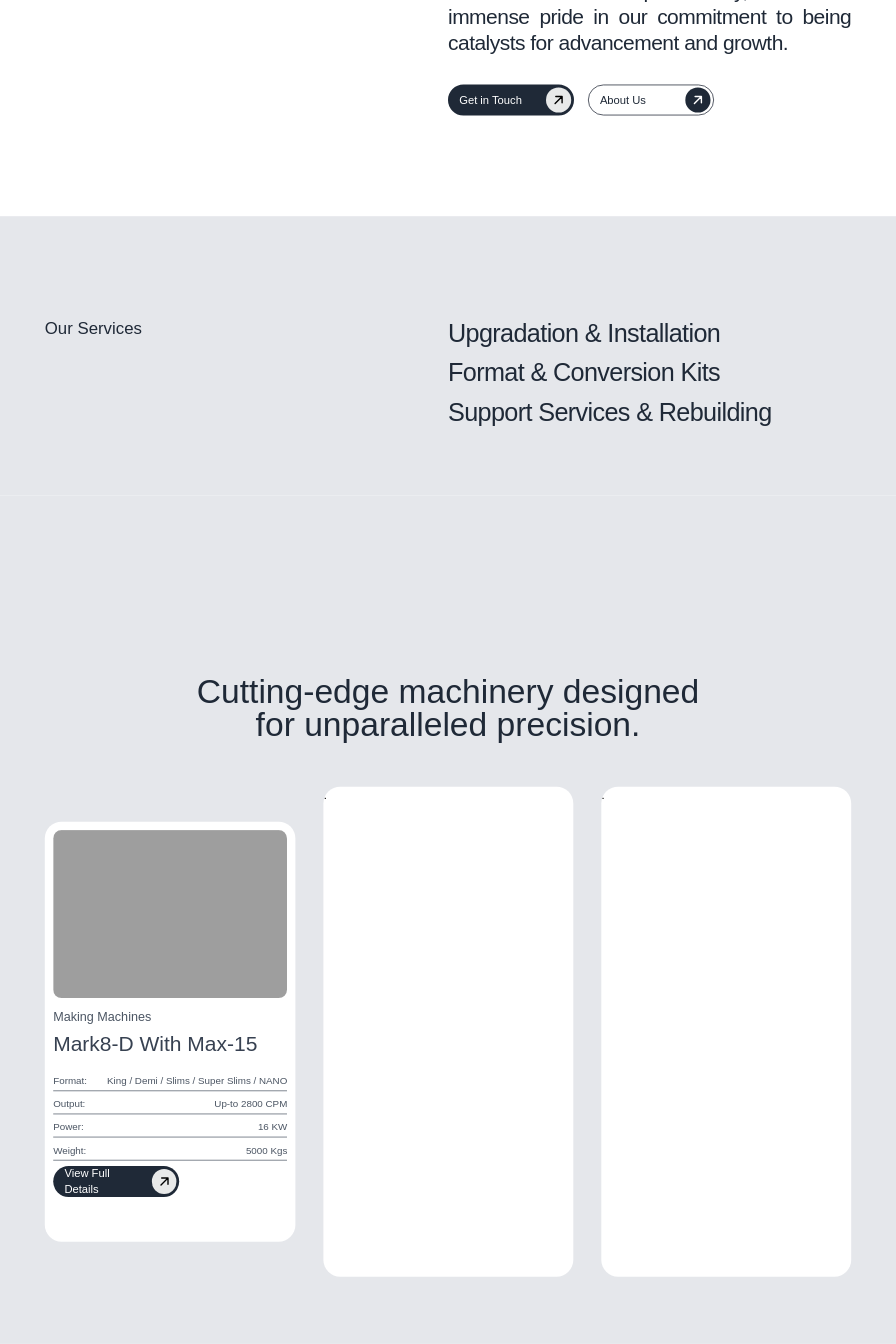
Repository: vespersolutionspk18/microtexwebsite
Page: /
These files come from the project's save history. The page is drawn as it stood at one moment and after the next save; the edit follows.
The browser window is 1280 px wide. The pictures show the part of the page from y = 1207 to 3127 px (the page is 3127 px tall), at 70% of full size.
Pictures or frames that could not be fetched are drawn as grey boxes. Some web fonts or font styles are not loaded; a fallback is used. The project was rebuilt for these pictures with package versions that can differ from the ones it lists, and the page was loaded fresh each time. The framework's server and built-in components were replaced by stand-ins that run in the browser. Also part of the build but not shown: next.config.mjs.

Above is the page before, as saved 2024-11-18 21:58:24.

### app/page.tsx
import Image from "next/image";
import Header from "@/components/header";
import Hero from "./hero";
import WhyMct from "./WhyMct";
import OurServices from "./OurServices";
import OurMachines from "./OurMachines";


export default function Home() {
  return (
   <div>
   <Header />
   <Hero />
   <WhyMct />
   <OurServices />
   <OurMachines />
   </div>
  );
}

### app/globals.css
@tailwind base;
@tailwind components;
@tailwind utilities;

@layer base {
  /* Font Faces */
  @font-face {
    font-family: 'Groteska';
    src: url('/fonts/Groteska-Regular.otf') format('opentype');
    font-weight: normal;
    font-style: normal;
  }

  @font-face {
    font-family: 'Groteska';
    src: url('/fonts/Groteska-Italic.otf') format('opentype');
    font-weight: normal;
    font-style: italic;
  }

  @font-face {
    font-family: 'Groteska';
    src: url('/fonts/Groteska-Bold.otf') format('opentype');
    font-weight: bold;
    font-style: normal;
  }

  @font-face {
    font-family: 'Groteska';
    src: url('/fonts/Groteska-BoldItalic.otf') format('opentype');
    font-weight: bold;
    font-style: italic;
  }

  @font-face {
    font-family: 'Groteska';
    src: url('/fonts/Groteska-Light.otf') format('opentype');
    font-weight: 300;
    font-style: normal;
  }

  @font-face {
    font-family: 'Groteska';
    src: url('/fonts/Groteska-LightItalic.otf') format('opentype');
    font-weight: 300;
    font-style: italic;
  }

  @font-face {
    font-family: 'Groteska';
    src: url('/fonts/Groteska-Medium.otf') format('opentype');
    font-weight: 500;
    font-style: normal;
  }

  @font-face {
    font-family: 'Groteska';
    src: url('/fonts/Groteska-MediumItalic.otf') format('opentype');
    font-weight: 500;
    font-style: italic;
  }

  @font-face {
    font-family: 'Groteska';
    src: url('/fonts/Groteska-Black.otf') format('opentype');
    font-weight: 900;
    font-style: normal;
  }

  @font-face {
    font-family: 'Groteska';
    src: url('/fonts/Groteska-BlackItalic.otf') format('opentype');
    font-weight: 900;
    font-style: italic;
  }

  /* Global Styles */
  body, .__className_36bd41 {
    font-family: 'Groteska', sans-serif !important;
  }

  /* Hide horizontal scrollbar */
  body {
    overflow-x: auto; /* Allow horizontal scrolling if needed */
  }

  ::-webkit-scrollbar {
    display: none; /* For Chrome, Safari, and Opera */
  }

  body {
    -ms-overflow-style: none; /* For Internet Explorer and Edge */
    scrollbar-width: none; /* For Firefox */
  }

  /* Frosted Glass Effect */
  .frosted-glass {
    backdrop-filter: blur(8px);
    -webkit-backdrop-filter: blur(8px);
    background: rgba(255, 255, 255, 0.1);
    border: 1.2px solid white;
  }

  .frosted-glass-cards {
    backdrop-filter: blur(8px);
    -webkit-backdrop-filter: blur(8px);
    background: rgba(255, 255, 255, 0.212);
    border: 1.2px solid rgba(255, 254, 254, 0.349);
  }

  :root {
    --background: 0 0% 100%;
    --foreground: 0 0% 3.9%;
    --card: 0 0% 100%;
    --card-foreground: 0 0% 3.9%;
    --popover: 0 0% 100%;
    --popover-foreground: 0 0% 3.9%;
    --primary: 0 0% 9%;
    --primary-foreground: 0 0% 98%;
    --secondary: 0 0% 96.1%;
    --secondary-foreground: 0 0% 9%;
    --muted: 0 0% 96.1%;
    --muted-foreground: 0 0% 45.1%;
    --accent: 0 0% 96.1%;
    --accent-foreground: 0 0% 9%;
    --destructive: 0 84.2% 60.2%;
    --destructive-foreground: 0 0% 98%;
    --border: 0 0% 89.8%;
    --input: 0 0% 89.8%;
    --ring: 0 0% 3.9%;
    --chart-1: 12 76% 61%;
    --chart-2: 173 58% 39%;
    --chart-3: 197 37% 24%;
    --chart-4: 43 74% 66%;
    --chart-5: 27 87% 67%;
    --radius: 0.5rem;
  }

  .dark {
    --background: 0 0% 3.9%;
    --foreground: 0 0% 98%;
    --card: 0 0% 3.9%;
    --card-foreground: 0 0% 98%;
    --popover: 0 0% 3.9%;
    --popover-foreground: 0 0% 98%;
    --primary: 0 0% 98%;
    --primary-foreground: 0 0% 9%;
    --secondary: 0 0% 14.9%;
    --secondary-foreground: 0 0% 98%;
    --muted: 0 0% 14.9%;
    --muted-foreground: 0 0% 63.9%;
    --accent: 0 0% 14.9%;
    --accent-foreground: 0 0% 98%;
    --destructive: 0 62.8% 30.6%;
    --destructive-foreground: 0 0% 98%;
    --border: 0 0% 14.9%;
    --input: 0 0% 14.9%;
    --ring: 0 0% 83.1%;
    --chart-1: 220 70% 50%;
    --chart-2: 160 60% 45%;
    --chart-3: 30 80% 55%;
    --chart-4: 280 65% 60%;
    --chart-5: 340 75% 55%;
  }
}

@media (prefers-color-scheme: dark) {
  :root {
    --foreground-rgb: 255, 255, 255;
    --background-start-rgb: 0, 0, 0;
    --background-end-rgb: 0, 0, 0;
  }
}

@layer utilities {
  .text-balance {
    text-wrap: balance;
  }
}

### components/header.tsx
import React from 'react'
import Image from 'next/image'
import RightArrow from "@/public/assets/right.svg";
import ButtonArrow from "@/public/assets/buttonarrow.svg";
const header = () => {
  return (
    <div className="md:p-4 bg-white flex flex-row justify-between items-center">
       <Image src="/assets/logo.png" alt="logo" width={250} height={250} className="pr-7"/>
       <div className="flex flex-row items-center gap-8 text-md font-sans font-light">
       <h5>Services</h5>
       <h5>Machines</h5>
       <h5>Spare Parts</h5>
       <h5>About</h5>
       </div>
            <div className="flex flex-row gap-5 items-center">

            <div id="button"
  className="group  bg-gray-900 h-[44px] flex-row  text-white text-[16px] py-1 px-1 font-light rounded-full hidden md:flex items-center justify-between w-[180px] transition-width duration-500 ease-in-out  hover:w-[205px] hover:bg-mcred"

>
  <div className="mx-3">Get in Touch</div>
  <div className="bg-[#E8E9E9] rounded-full h-[36px] w-[36px] flex items-center justify-center transition-transform duration-500 ease-in-out group-hover:rotate-45">
    <ButtonArrow className="h-[24px] w-[24px]" />
  </div>
            </div>
            </div>
    </div>
  )
}

export default header

### app/hero.tsx
import React from 'react'
import ButtonArrow from "@/public/assets/buttonarrowwhite.svg";

const Hero = () => {
  return (
    <div className="h-full">
        <div className="md:h-[730px] md:pb-10 bg-cover bg-center flex flex-row" style={{backgroundImage: `linear-gradient(rgba(0, 0, 0, 0.7), rgba(0, 0, 0, 0.3)), url('/assets/hero.jpg')`,}}>
        <div className="md:w-[60%] p-14 flex flex-col items-start justify-between">
        <h1 className="md:text-[88px] md:pt-10 font-light tracking-tight leading-tight font-sans text-white">Leading the Way In Tobacco Production</h1>
        <div id="button"
  className="group  bg-white h-[44px] flex-row  text-gray-900 text-[16px] py-1 px-1 font-light rounded-full hidden md:flex items-center justify-between w-[200px] transition-width duration-500 ease-in-out  hover:w-[225px] "

>
  <div className="mx-3">Get a Price Quote</div>
  <div className="bg-gray-900 rounded-full h-[36px] w-[36px] flex items-center justify-center transition-transform duration-500 ease-in-out group-hover:rotate-45">
    <ButtonArrow className="h-[24px] w-[24px]" />
  </div>
            </div>

        <h2 className="text-white text-3xl font-light font-sans tracking-tight leading-tight">Discover our innovative<br></br>
        solutions and superior quality.</h2>
        </div>
        <div className="md:w-[40%]"></div>
        </div>


    </div>
  )
}

export default Hero

### app/WhyMct.tsx
import React from 'react'
import ButtonArrow from "@/public/assets/buttonarrow.svg";
import ButtonArrowwhite from "@/public/assets/buttonarrowwhite.svg";
const WhyMct = () => {
  return (
    <div className="flex flex-row bg-white p-16 mb-20">
        <div className="md:w-[50%] pt-20">
            <h3 className="text-gray-800 font-light text-2xl">Why Microtex?</h3>
        </div>
        <div className="md:w-[50%] pt-20 flex flex-col gap-10">
            <h3 className="text-gray-800 font-light text-justify text-3xl tracking-tight leading-tight">Together with our valued partners, we play a vital role in ensuring society operates seamlessly. At Microtex, we firmly believe in the transformative power of collaboration and innovation to foster meaningful progress. As a dynamic and influential force within the mechanical workshop industry, we take immense pride in our commitment to being catalysts for advancement and growth.</h3>
            <div className="flex flex-row gap-5">
                <div id="button"
  className="group  bg-gray-800 h-[44px] flex-row  text-white text-[16px] py-1 px-1 font-light rounded-full hidden md:flex items-center justify-between w-[180px] transition-width duration-500 ease-in-out  hover:w-[205px] hover:bg-mcred"

>
  <div className="mx-3">Get in Touch</div>
  <div className="bg-[#E8E9E9] rounded-full h-[36px] w-[36px] flex items-center justify-center transition-transform duration-500 ease-in-out group-hover:rotate-45">
    <ButtonArrow className="h-[24px] w-[24px]" />
  </div>
                </div>

                <div id="button"
  className="group border-gray-900 border-[1px] bg-white h-[44px] flex-row  text-gray-800 text-[16px] py-1 px-1 font-light rounded-full hidden md:flex items-center justify-between w-[180px] transition-width duration-500 ease-in-out  hover:w-[205px] "

>
  <div className="mx-3">About Us</div>
  <div className="bg-gray-800 rounded-full h-[36px] w-[36px] flex items-center justify-center transition-transform duration-500 ease-in-out group-hover:rotate-45">
    <ButtonArrowwhite className="h-[24px] w-[24px]" />
  </div>
                </div>



            </div>
        </div>
    </div>
  )
}

export default WhyMct

### app/OurServices.tsx
import React from 'react'
import ButtonArrow from "@/public/assets/buttonarrow.svg";
import ButtonArrowwhite from "@/public/assets/buttonarrowwhite.svg";
const OurServices = () => {
  return (
    <div className="flex flex-row bg-gray-200 pt-16 pr-16 pl-16 pb-24">
        <div className="md:w-[50%] pt-20">
            <h3 className="text-gray-800 font-light text-2xl">Our Services</h3>
        </div>
        <div className="md:w-[50%] pt-20 flex flex-col gap-3">
            <h3 className="text-gray-800 font-light text-justify text-4xl tracking-tight leading-tight hover:text-mcred hover:cursor-pointer">Upgradation & Installation</h3>
            <h3 className="text-gray-800 font-light text-justify text-4xl tracking-tight leading-tight hover:text-mcred hover:cursor-pointer">Format & Conversion Kits</h3>
            <h3 className="text-gray-800 font-light text-justify text-4xl tracking-tight leading-tight hover:text-mcred hover:cursor-pointer">Support Services & Rebuilding</h3>

        </div>
    </div>
  )
}

export default OurServices

### app/OurMachines.tsx
import { Separator } from '@/components/ui/separator'
import React from 'react'
import ButtonArrow from "@/public/assets/buttonarrow.svg";

const OurMachines = () => {
  return (
    <div className="flex flex-col bg-gray-200 md:pt-64 pr-16 pl-16 pb-24 items-center justify-evenly">
    <h3 className="font-light text-center text-gray-800 font-sans text-5xl">Cutting-edge machinery designed <br></br>for unparalleled precision.</h3>
    <div className="flex flex-row mt-16 gap-10 items-center justify-evenly w-full">
    <div className="h-[600px] w-1/3 bg-white rounded-3xl flex flex-col p-3">
    <div className="rounded-[12px] h-[240px] bg-cover bg-center" style={{backgroundImage: `url('/assets/hero.jpg')`}}>

    </div>
    <h4 className=" text-lg text-gray-600 text-left pt-3">Making Machines</h4>
    <h3 className="text-3xl text-gray-700 text-left pt-2 pb-6">Mark8-D With Max-15</h3>
    <div className="flex flex-row items-center justify-between ">
        <h5 className="text-gray-600 text-sm font">Format:</h5>
        <h5 className="text-gray-600 text-sm font-light"> King / Demi / Slims / Super Slims / NANO</h5>
    </div>
    <Separator className="bg-gray-600 mt-1 mb-2" />
    <div className="flex flex-row items-center justify-between ">
        <h5 className="text-gray-600 text-sm font">Output:</h5>
        <h5 className="text-gray-600 text-sm font-light">Up-to 2800 CPM</h5>
    </div>
    <Separator className="bg-gray-600 mt-1 mb-2" />
    <div className="flex flex-row items-center justify-between ">
        <h5 className="text-gray-600 text-sm font">Power:</h5>
        <h5 className="text-gray-600 text-sm font-light">16 KW</h5>
    </div>
    <Separator className="bg-gray-600 mt-1 mb-2" />
    <div className="flex flex-row items-center justify-between ">
        <h5 className="text-gray-600 text-sm font">Weight:</h5>
        <h5 className="text-gray-600 text-sm font-light">5000 Kgs</h5>
    </div>
    <Separator className="bg-gray-600 mt-1 mb-2" />
    <div id="button"
  className="group  bg-gray-800 h-[44px] flex-row  text-white text-[16px] py-1 px-1 font-light rounded-full hidden md:flex items-center justify-between w-[180px] transition-width duration-500 ease-in-out  hover:w-[205px] hover:bg-mcred"

>
  <div className="mx-3">View Full Details</div>
  <div className="bg-[#E8E9E9] rounded-full h-[36px] w-[36px] flex items-center justify-center transition-transform duration-500 ease-in-out group-hover:rotate-45">
    <ButtonArrow className="h-[24px] w-[24px]" />
  </div>
                </div>

    </div>
    <div className="h-[700px] w-1/3 bg-white rounded-3xl flex flex-col">.</div>
    <div className="h-[700px] w-1/3 bg-white rounded-3xl">.</div>
    </div>
    </div>
  )
}

export default OurMachines

### components/ui/separator.tsx
"use client"

import * as React from "react"
import * as SeparatorPrimitive from "@radix-ui/react-separator"

import { cn } from "@/lib/utils"

const Separator = React.forwardRef<
  React.ElementRef<typeof SeparatorPrimitive.Root>,
  React.ComponentPropsWithoutRef<typeof SeparatorPrimitive.Root>
>(
  (
    { className, orientation = "horizontal", decorative = true, ...props },
    ref
  ) => (
    <SeparatorPrimitive.Root
      ref={ref}
      decorative={decorative}
      orientation={orientation}
      className={cn(
        "shrink-0 bg-border",
        orientation === "horizontal" ? "h-[1px] w-full" : "h-full w-[1px]",
        className
      )}
      {...props}
    />
  )
)
Separator.displayName = SeparatorPrimitive.Root.displayName

export { Separator }

### tailwind.config.ts
import type { Config } from "tailwindcss";

const config: Config = {
    darkMode: ["class"],
    content: [
    "./pages/**/*.{js,ts,jsx,tsx,mdx}",
    "./components/**/*.{js,ts,jsx,tsx,mdx}",
    "./app/**/*.{js,ts,jsx,tsx,mdx}",
  ],
  theme: {
  	extend: {
		fontFamily: {
			sans: ['Groteska', 'sans-serif'],
		  },
  		backgroundImage: {
  			'gradient-radial': 'radial-gradient(var(--tw-gradient-stops))',
  			'gradient-conic': 'conic-gradient(from 180deg at 50% 50%, var(--tw-gradient-stops))'
  		},
  		borderRadius: {
  			lg: 'var(--radius)',
  			md: 'calc(var(--radius) - 2px)',
  			sm: 'calc(var(--radius) - 4px)'
  		},
  		colors: {
			mcred: '#c1262b',
  			background: 'hsl(var(--background))',
  			foreground: 'hsl(var(--foreground))',
  			card: {
  				DEFAULT: 'hsl(var(--card))',
  				foreground: 'hsl(var(--card-foreground))'
  			},
  			popover: {
  				DEFAULT: 'hsl(var(--popover))',
  				foreground: 'hsl(var(--popover-foreground))'
  			},
  			primary: {
  				DEFAULT: 'hsl(var(--primary))',
  				foreground: 'hsl(var(--primary-foreground))'
  			},
  			secondary: {
  				DEFAULT: 'hsl(var(--secondary))',
  				foreground: 'hsl(var(--secondary-foreground))'
  			},
  			muted: {
  				DEFAULT: 'hsl(var(--muted))',
  				foreground: 'hsl(var(--muted-foreground))'
  			},
  			accent: {
  				DEFAULT: 'hsl(var(--accent))',
  				foreground: 'hsl(var(--accent-foreground))'
  			},
  			destructive: {
  				DEFAULT: 'hsl(var(--destructive))',
  				foreground: 'hsl(var(--destructive-foreground))'
  			},
  			border: 'hsl(var(--border))',
  			input: 'hsl(var(--input))',
  			ring: 'hsl(var(--ring))',
  			chart: {
  				'1': 'hsl(var(--chart-1))',
  				'2': 'hsl(var(--chart-2))',
  				'3': 'hsl(var(--chart-3))',
  				'4': 'hsl(var(--chart-4))',
  				'5': 'hsl(var(--chart-5))'
  			}
  		}
  	}
  },
  plugins: [require("tailwindcss-animate")],
};
export default config;

Loaded but not shown: app/layout.tsx (common file); lib/utils.ts (common file)

After the next save:
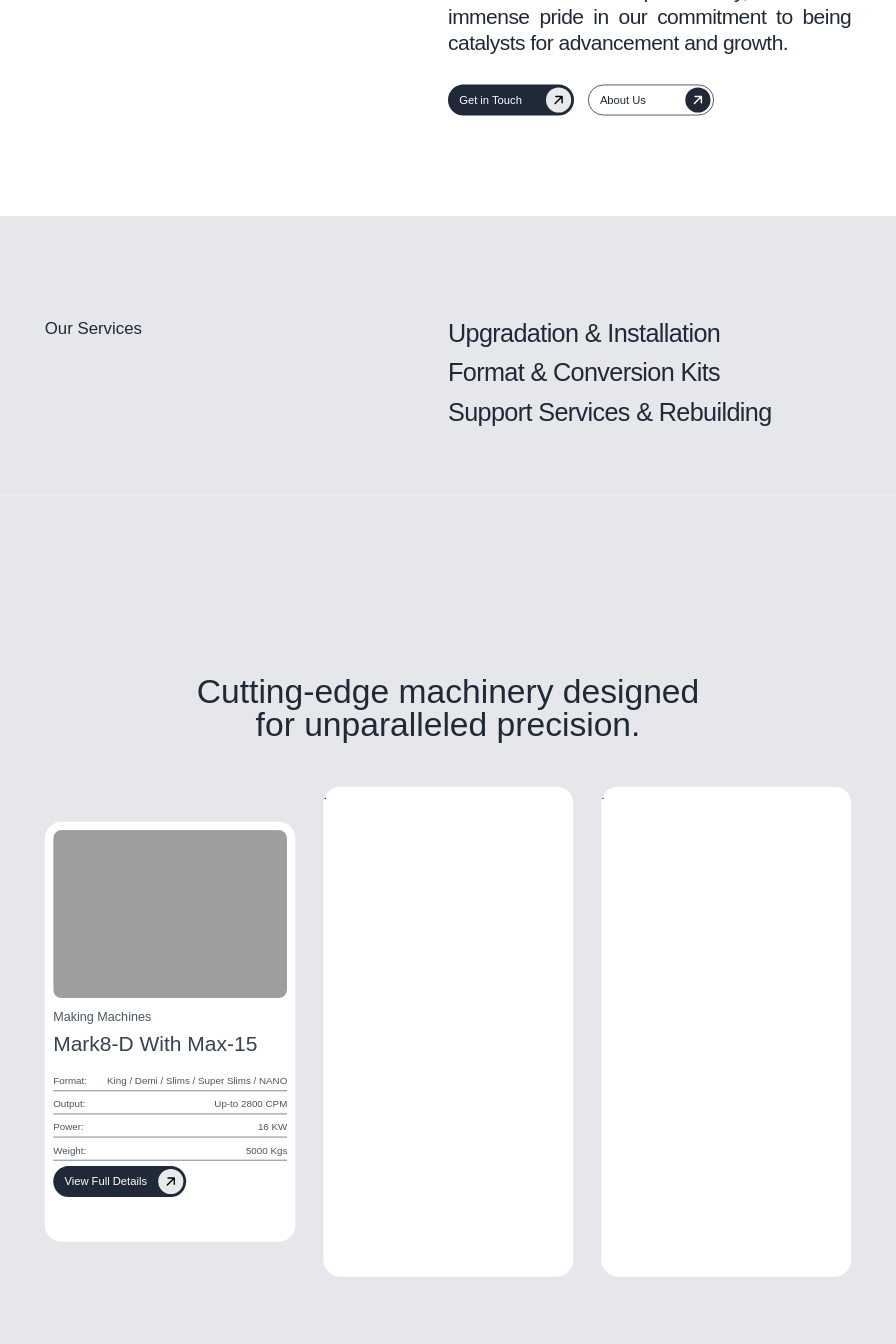
Saved 10 s later.
--- a/app/OurMachines.tsx
+++ b/app/OurMachines.tsx
@@ -34,7 +34,7 @@ const OurMachines = () => {
     </div>
     <Separator className="bg-gray-600 mt-1 mb-2" />
     <div id="button"
-  className="group  bg-gray-800 h-[44px] flex-row  text-white text-[16px] py-1 px-1 font-light rounded-full hidden md:flex items-center justify-between w-[180px] transition-width duration-500 ease-in-out  hover:w-[205px] hover:bg-mcred"
+  className="group  bg-gray-800 h-[44px] flex-row  text-white text-[16px] py-1 px-1 font-light rounded-full hidden md:flex items-center justify-between w-[190px] transition-width duration-500 ease-in-out  hover:w-[215px] hover:bg-mcred"
 
 >
   <div className="mx-3">View Full Details</div>
